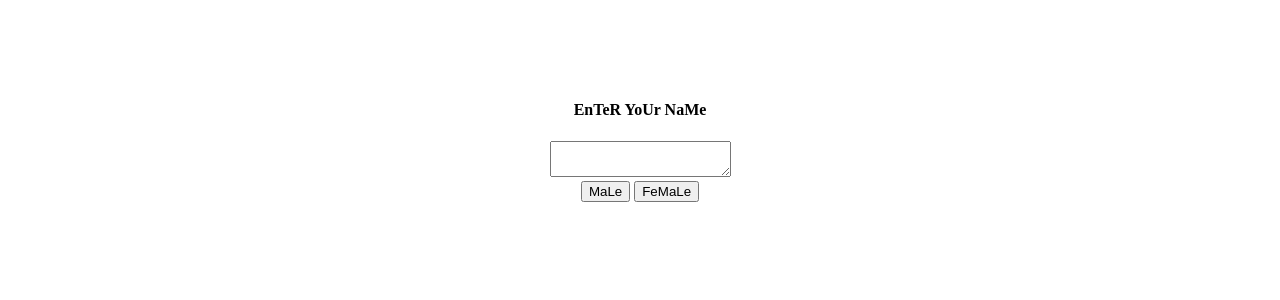
Repository: mutuz786/GameProject
Page: gameproject-app/WebContent/index.html
The author's editor kept a copy of each file at every save. The page is drawn from the files as they stood at one save, then again after the next save.
The browser window is 1280 px wide. The pictures show the whole page.

Above is the page before, as saved 2020-06-09 13:37:09.

### gameproject-app/WebContent/index.html
<!DOCTYPE html>
<html>
<head>
<meta charset="ISO-8859-1">
<title>Game</title>
</head>
<body>
	<br><br><br><br>
	<div align="center" >
		<h4>EnTeR YoUr NaMe</h4>
		<textarea id="name" inputmode="text" ></textarea><br>
		<button >MaLe</button>
		<button>FeMaLe</button>
	</div>
</body>
</html>

After the next save:
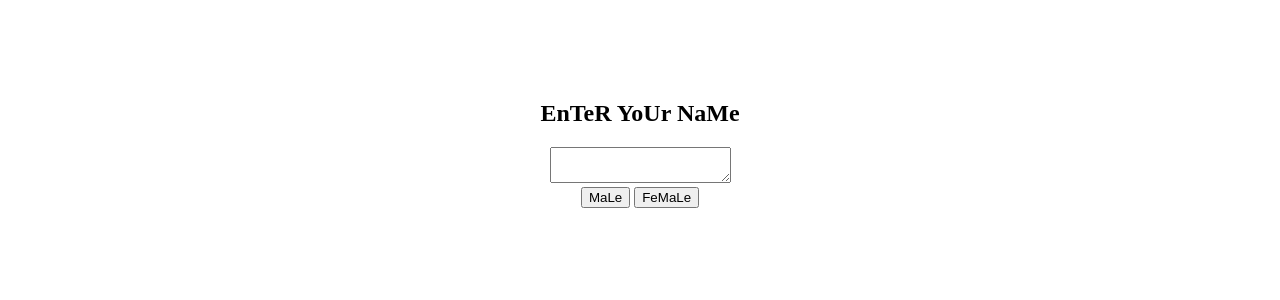
Saved 10 s later.
--- a/gameproject-app/WebContent/index.html
+++ b/gameproject-app/WebContent/index.html
@@ -7,7 +7,7 @@
 <body>
 	<br><br><br><br>
 	<div align="center" >
-		<h4>EnTeR YoUr NaMe</h4>
+		<h2>EnTeR YoUr NaMe</h2>
 		<textarea id="name" inputmode="text" ></textarea><br>
 		<button >MaLe</button>
 		<button>FeMaLe</button>
